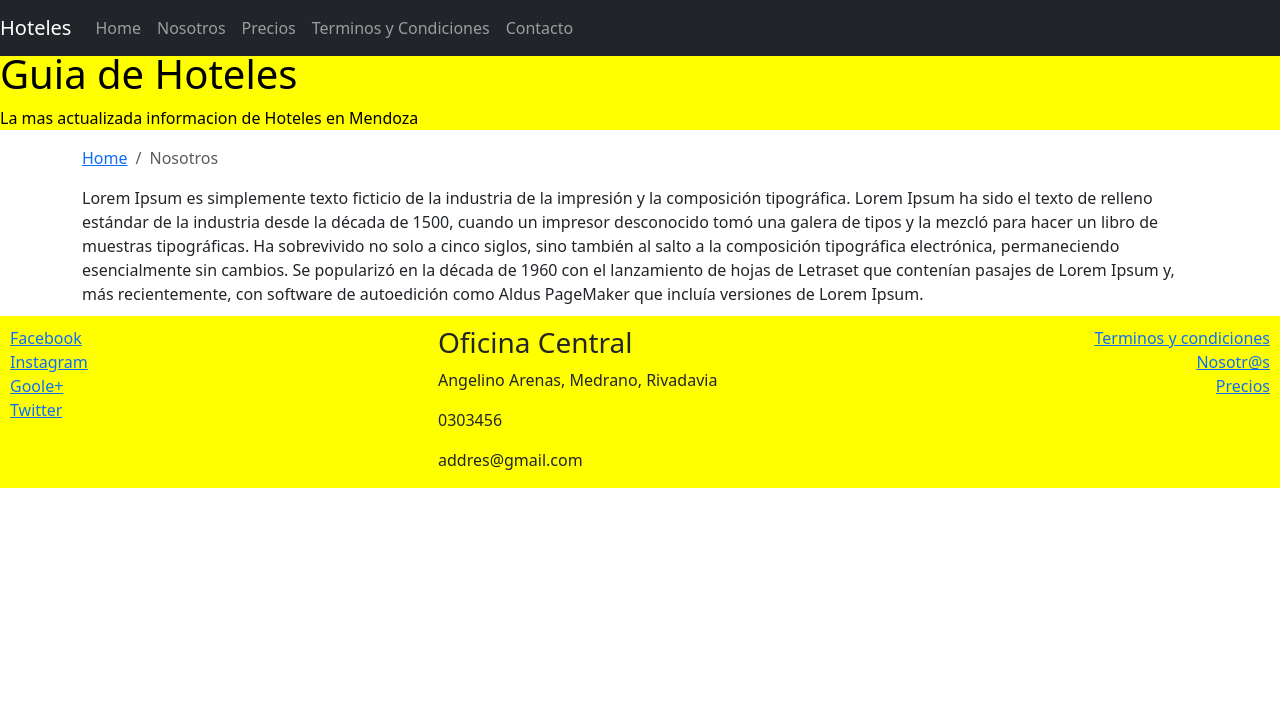
Repository: JulianMoralesSantoni/PaginaHoteles
Page: Precios.html
The author's editor kept a copy of each file at every save. The page is drawn from the files as they stood at one save, then again after the next save.
The browser window is 1280 px wide. The page is 1282 px wide, so the pictures cover 1282 px, including what lies to the right of the window. The pictures show the whole page.
Some web fonts or font styles are not loaded; a fallback is used. Some web libraries are served in a nearby version.

Above is the page before, as saved 2021-03-28 23:47:40.

After the next save:
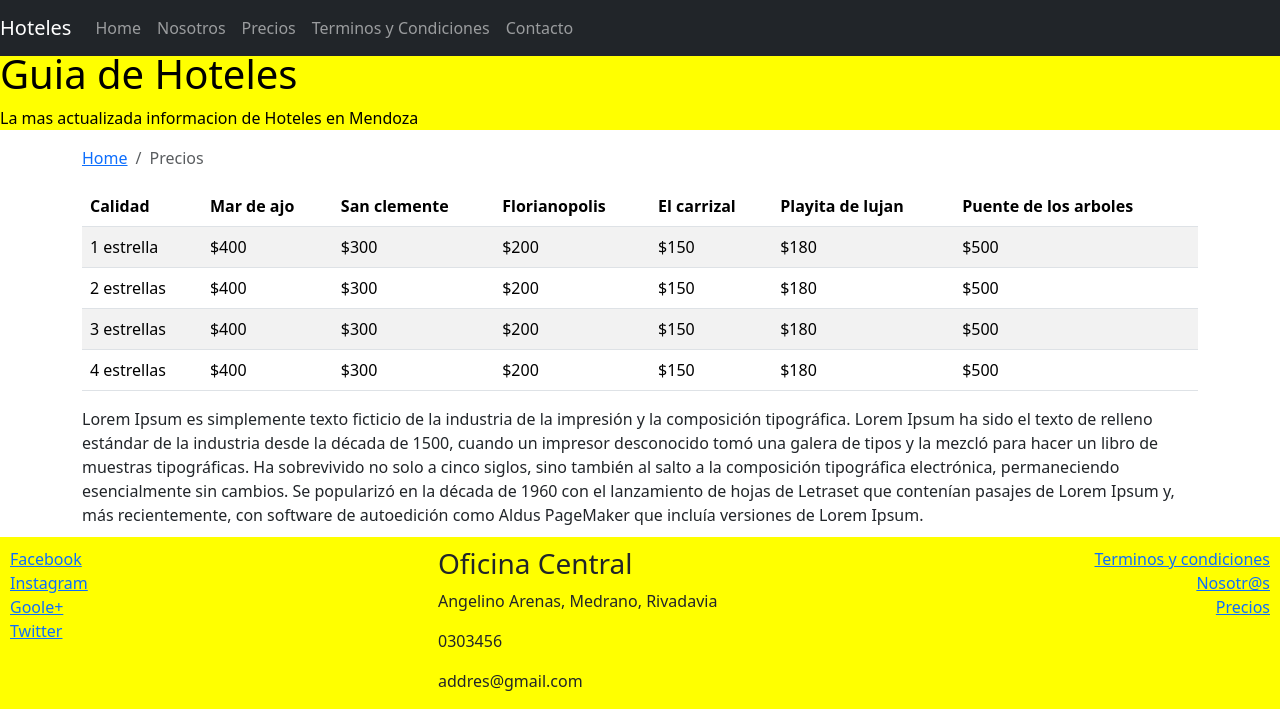
Saved 71 min 44 s later.
--- a/Precios.html
+++ b/Precios.html
@@ -50,9 +50,62 @@
       <nav aria-label="breadcrumb">
         <ol class="breadcrumb">
           <li class="breadcrumb-item"><a href="./index.html">Home</a></li>
-          <li class="breadcrumb-item active" aria-current="page">Nosotros</li>
+          <li class="breadcrumb-item active" aria-current="page">Precios</li>
         </ol>
       </nav>
+
+      <div class="table-resposive">
+        <table class="table table-striped">
+          <thead class="thead-dark">
+            <th>Calidad</th>
+            <th>Mar de ajo</th>
+            <th>San clemente</th>
+            <th>Florianopolis</th>
+            <th>El carrizal</th>
+            <th>Playita de lujan</th>
+            <th>Puente de los arboles</th>
+          </thead>
+          <tbody>
+            <tr>
+              <td>1 estrella</td>
+              <td>$400</td>
+              <td>$300</td>
+              <td>$200</td>
+              <td>$150</td>
+              <td>$180</td>
+              <td>$500</td>
+            </tr>
+            <tr>
+              <td>2 estrellas</td>
+              <td>$400</td>
+              <td>$300</td>
+              <td>$200</td>
+              <td>$150</td>
+              <td>$180</td>
+              <td>$500</td>
+            </tr>
+            <tr>
+              <td>3 estrellas</td>
+              <td>$400</td>
+              <td>$300</td>
+              <td>$200</td>
+              <td>$150</td>
+              <td>$180</td>
+              <td>$500</td>
+            </tr>
+            <tr>
+              <td>4 estrellas</td>
+              <td>$400</td>
+              <td>$300</td>
+              <td>$200</td>
+              <td>$150</td>
+              <td>$180</td>
+              <td>$500</td>
+            </tr>
+          </tbody>
+        </table>
+      </div>
+
 
 
       <span>Lorem Ipsum es simplemente texto ficticio de la industria de la impresión y la composición tipográfica.
